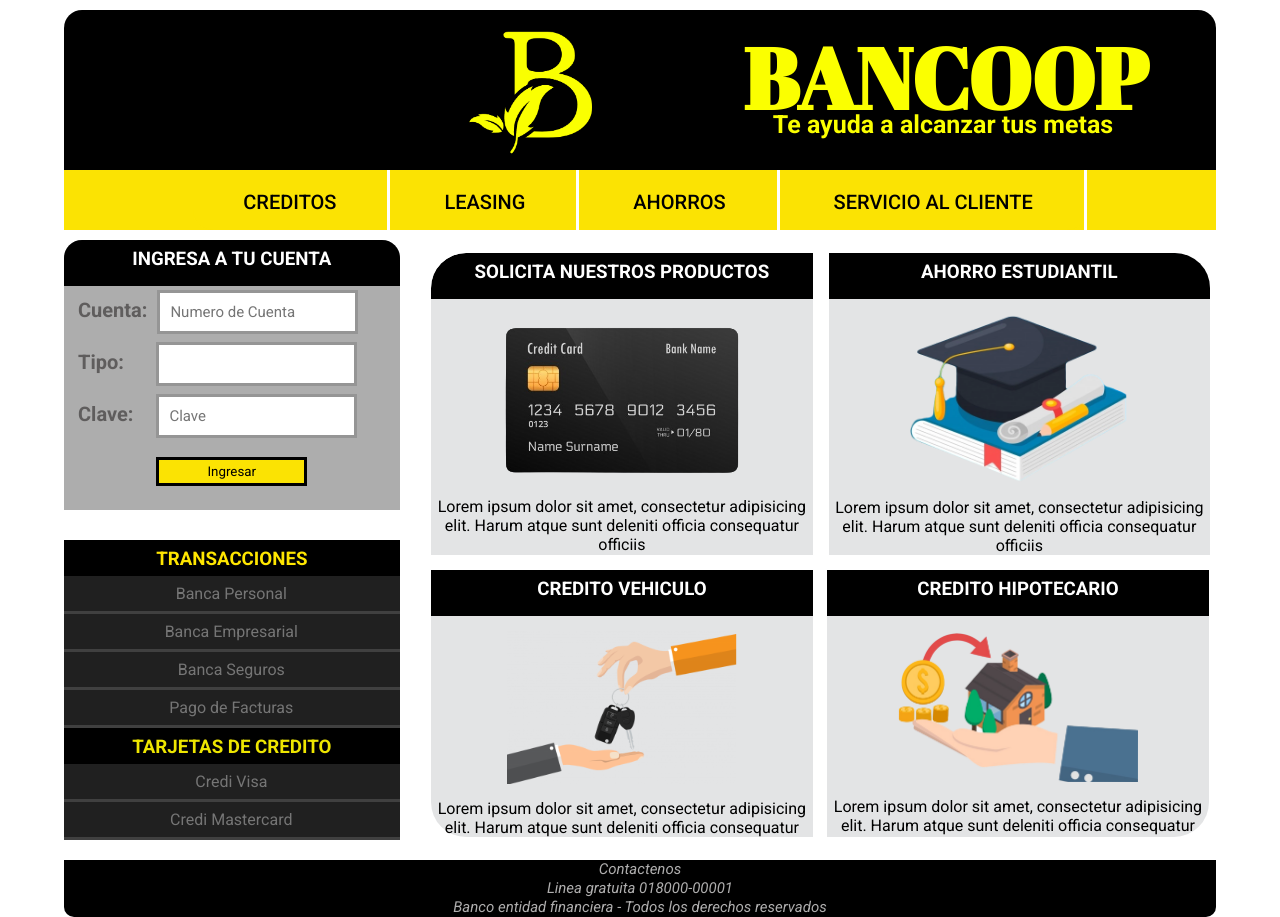
Repository: NickArregoces/BANCOOP
Page: Index.html
An editor plug-in stored every save of this project. The page is shown before and after the next save, followed by the edit.
The browser window is 1280 px wide. The pictures show the whole page.

Above is the page before, as saved 2021-10-15 10:56:42.

### Index.html
<!DOCTYPE html>
<html lang="en">
<head>
    <meta charset="UTF-8">
    <meta http-equiv="X-UA-Compatible" content="IE=edge">
    <meta name="viewport" content="width=device-width, initial-scale=1.0">
    <title>BANCOOP Home</title>
    <bgsound src="musica.mid"></bgsound>
    <link rel="stylesheet" href="/CSS/Style.css">
    <link href="https://fonts.googleapis.com/css2?family=Roboto:ital,wght@0,100;0,300;0,400;0,500;0,700;0,900;1,100;1,300;1,400;1,500;1,700;1,900&display=swap" rel="stylesheet">
    <link rel="preconnect" href="https://fonts.googleapis.com">
    <link rel="preconnect" href="https://fonts.gstatic.com" crossorigin>
    <link href="https://fonts.googleapis.com/css2?family=Abril+Fatface&display=swap" rel="stylesheet">

</head>
<body>
    <header>
            <div class="image">
                <img src="/Images/logo1.png" alt="logo">
            </div>
            <div class="title" >
                <h1>BANCOOP</h1>
                <h3>Te ayuda a alcanzar tus metas</h3>
            </div>

    </header>

    <nav class="barra"></nav>

            <div class="navegador">
                <ul class="menu">
                    <li><a href="/Creditos.html">Creditos</a></li>
                    <li><a href="/Leasing.html">leasing</a></li>
                    <li><a href="/Ahorros.html">Ahorros</a></li>
                    <li><a href="/Servicio.html">Servicio al cliente</a></li>
                </ul>
            </div>


            <div class="section">
                <form action="" class="login">
                    <h3 style="color: rgb(255, 255, 255);">INGRESA A TU CUENTA</h3>
                        <div class="cuenta">
                            <h4>Cuenta:<input type="number" placeholder="Numero de Cuenta" required></h4>
                        </div>

                        <div class="tipo">
                            <h4>Tipo:<input type="text" required></h4>
                        </div>

                        <div class="clave">
                            <h4>Clave:<input type="password" placeholder="Clave" required></h4>
                        </div>

                    <div class="center">
                        <button class="sumbit"> Ingresar </button>
                    </div>

                </form>

                <article class="opciones">
                    <h3 style="color: rgb(255, 230, 0);">TRANSACCIONES</h3>
                    <li><a href="#">Banca Personal</a></li>
                    <li><a href="#">Banca Empresarial</a></li>
                    <li><a href="#">Banca Seguros</a></li>
                    <li><a href="#">Pago de Facturas</a></li>

                    <h3 style="color: rgb(238, 230, 0);">TARJETAS DE CREDITO</h3>
                    <li><a href="#">Credi Visa</a></li>
                    <li><a href="#">Credi Mastercard</a></li>
                </article>
            </div>

                <aside>
                    <div class="solicita">
                        <h3 style="color: rgb(255, 255, 255);">SOLICITA NUESTROS PRODUCTOS</h3>

                        <div id="Prueba">
                        <img id="Prubea" src="/Images/credit.png" alt="">
                        </div>

                        <p>Lorem ipsum dolor sit amet, consectetur adipisicing elit.
                            Harum atque sunt deleniti officia consequatur officiis</p>
                    </div>

                    <div class="ahorro">
                        <h3 style="color: rgb(255, 255, 255);">AHORRO ESTUDIANTIL</h3>

                        <div id="Prueba">
                        <img id="Prubea" src="/Images/Captura de pantalla 2021-10-04 181948.png" alt="">
                        </div>

                        <p>Lorem ipsum dolor sit amet, consectetur adipisicing elit.
                            Harum atque sunt deleniti officia consequatur officiis</p>
                    </div>

                    <div class="credito">
                        <h3 style="color: rgb(255, 255, 255);">CREDITO VEHICULO</h3>

                        <div id="Prueba">
                        <img id="Prubea" src="/Images/Captura de pantalla 2021-10-04 192824.png" alt="">
                        </div>

                        <p>Lorem ipsum dolor sit amet, consectetur adipisicing elit.
                            Harum atque sunt deleniti officia consequatur</p>
                    </div>
                    <div class="hipotecario">
                        <h3 style="color: rgb(255, 255, 255);">CREDITO HIPOTECARIO</h3>

                        <div id="Prueba">
                        <img id="Prubea" src="/Images/Wallpaper(80).jpg" alt="">
                        </div>

                        <p>Lorem ipsum dolor sit amet, consectetur adipisicing elit.
                            Harum atque sunt deleniti officia consequatur </p>
                    </div>
                </aside>

            <footer>
                    <p>Contactenos</p>
                    <p>Linea gratuita 018000-00001</p>
                    <p>Banco entidad financiera
                    - Todos los derechos reservados</p>
            </footer>

        </div>

</body>
</html>

### CSS/Style.css

*{
    margin: 0 auto;
    padding: 0;
    list-style:none;
    font-family: 'Roboto', sans-serif;
}
body{
    font-family: Arial, Helvetica, sans-serif;
    background: rgb(255, 255, 255);
    width: 90%;
    color: rgb(0, 0, 0);
}
header{
    display: flex;
    justify-content: space-around;
    padding: 10px 0px;
    margin-top: 10px;
    background:rgb(0, 0, 0);
    border-top-left-radius:  18px;
    border-top-right-radius:  18px;
    height: 120px;
}
    /*Logo*/
    .image img{
        float: left;
        width: 130px;
        cursor: pointer;
        margin-left: 330px;
        margin-top: 5px;
    }
    header .title h1{
        width: 400px;
        height: 90px;
        margin-left: auto;
        font-family: 'Abril Fatface', cursive;
        font-size: 85px;
        text-align: center;
        color: rgb(251, 255, 0);
    }

    header .title h3{
        width: 400px;
        margin-left: auto;
        font-size: 25px;
        text-align: center;
        color: rgb(251, 255, 0);
    }

nav.barra{
    background: rgb(0, 0, 0);
    height: 20px;
}
div.navegador{
    background: rgb(251, 227, 3);
    justify-content: space-around;
    align-items: center;
    display:flex
}
    ul.menu{
        border-bottom-left-radius: 20px 20px;
        border-bottom-right-radius: 20px 20px;
        background: rgb(251, 227, 3);
        height: 60px;
        list-style: none;
        padding: 0;
        max-width: 10000px;
    }
    .menu a{
        height: 20px;
        font-size: 20px;
        font-weight: 500;
        margin-right: 1px;
        text-transform: uppercase;
        text-decoration: none;
        color:black;
        padding: 20px;
        display: inline-block;
        transition: all 0.3s;
    }
    .menu li {
        border-right: solid white;
        display: inline-block;
        padding: 0px 30px;
        list-style: none;

        }
    .menu a:hover{
        background: #8d8405b6;
        color: white;
        border-radius: 10px;
        padding: 10px 18px;
        }

.section{
    width: 30%;
    float: left;
    display: flex;
    flex-flow: row wrap;
}
    /*Formulario Login*/
    form{
        background: rgb(173, 173, 173);
        border-top-left-radius: 18px;
        border-top-right-radius: 18px;
        margin-top: 10px;
        margin-right:10px;
        margin-bottom: 10px;
        width: 100%;
        height: 270px;
    }
        form h3{
            text-align: center;
            background: black;
            height: 30px;
            padding: 8px;
            border-top-left-radius: 18px;
            border-top-right-radius: 18px;
        }
        form h4{
            font-size: 20px;
            padding: 4px;
            margin-left: 10px;
            color: rgb(95, 93, 93);

        }
        form input{
            font-size: 15px;
            width: 55%;
            padding: 10px;
            display: inline;
            border: solid rgb(149, 149, 149);
            margin-left: 10px;
        }
        div.clave input {
            margin-left: 23px;
        }
        div.tipo input {
            margin-left: 32px;
        }
        div.center{
            margin-top: 10px;
            margin: auto;
            text-align: center;
            width: 50%;
            cursor: pointer;
        }
        button{
            margin-top: 15px;
            width: 90%;
            padding: 4px;
            background: rgb(251, 227, 3);
            border: solid black;
            cursor: pointer;
        }
        button:hover{
            background: #000000;
            color: rgb(251, 227, 3);
            border-radius: 8px;
        }
    /*Menu lateral*/
    article {
        width: 100%;
        height: 300px;
        background: rgb(32, 32, 32);
        margin-top: 20px;
        margin-right:10px;
        margin-bottom: 10px;
    }
        article h3{
            text-align: center;
            padding: 8px;
            height: 20px;
            background: black;
        }
        .opciones li a{
            font-size: 16px;
            margin-right: 1px;
            text-align: center;
            text-decoration: none;
            color:rgb(117, 117, 117);
            padding: 8px;
            display: inline-block;
        }
        .opciones li {
            border-bottom: solid rgba(68, 68, 68, 0.897);
            text-align: center;
            display:inline-flexbox;
            }
        .opciones li a:hover{
            background: #242323b6;
            color: rgb(251, 227, 3);
            padding: 10px;
            }

    /*Servicios*/
aside{
    width: 69%;
    height: 610px;
    margin-top: 10px;
    float: right;
    margin-bottom: 10px;
    display: flex;
    flex-flow: row wrap;
    align-content: center;
}
    div.solicita{
        width: 48%;
        float: left;
        border-top-left-radius: 35px;
        margin-left: 10px;
        background: #e3e4e5;
        text-align:center;
        overflow:hidden;
    }
    /*Centrado Imagenes aside*/
    #Prueba{
        display: flex;
        align-items: center;
        justify-content: center;
    }
        div.solicita img {
            width: 250px;
            margin-top: 15px;
            margin-bottom: 15px;
            cursor:pointer;
        }
        /*Efecto Imagenes aside*/
        aside img:hover{
            -webkit-transform:scale(1.1);
            transform:scale(1.1);
        }
        div.solicita h3{
            text-align: center;
            background: black;
            height: 30px;
            padding: 8px;
            border-top-left-radius: 35px;
        }
        div.solicita p{
            display: inline-block;
            text-align: center;
        }

    div.ahorro {
        width: 48%;
        float: right;
        border-top-right-radius: 35px;
        margin-left: 10px;
        background: #e3e4e5;
    }
        div.ahorro img {
            width: 220px;
            margin-top: 15px;
            margin-bottom: 15px;
            cursor:pointer;
        }
        div.ahorro h3{
            text-align: center;
            background: black;
            height: 30px;
            padding: 8px;
            border-top-right-radius: 35px;
        }
        div.ahorro p{
            display: inline-block;
            text-align: center;
        }

    div.credito {
        width: 48%;
        float: left;
        margin-top: 15px;
        border-bottom-left-radius: 35px;
        margin-left: 10px;
        background: #e3e4e5;
    }
        div.credito img {
            width: 230px;
            margin-top: 15px;
            margin-bottom: 15px;
            cursor:pointer;
        }
        div.credito h3{
            text-align: center;
            background: black;
            height: 30px;
            padding: 8px;
        }
        div.credito p{
            display: inline-block;
            text-align: center;
        }

    div.hipotecario {
        width: 48%;
        float: right;
        border-top-right-radius: 35px;
        border-bottom-right-radius: 35px;
        margin-top: 15px;
        background: #e3e4e5;
        }
            div.hipotecario img {
                width: 240px;
                margin-top: 15px;
                margin-bottom: 15px;
                cursor:pointer;
            }
            div.hipotecario h3{
                text-align: center;
                background: black;
                height: 30px;
                padding: 8px;
            }
            div.hipotecario p{
                display: inline-block;
                text-align: center;
            }

    /*Pie de Pagina*/
footer{
    background: black;
    clear: both;
    border-bottom-left-radius: 10px;
    border-bottom-right-radius: 10px;
}
    footer p{
        font-size: 15px;
        text-align: center;
        line-height: 15px;
        color: rgb(175, 174, 174);
        font-style:italic;
        padding: 2px;
    }

After the next save:
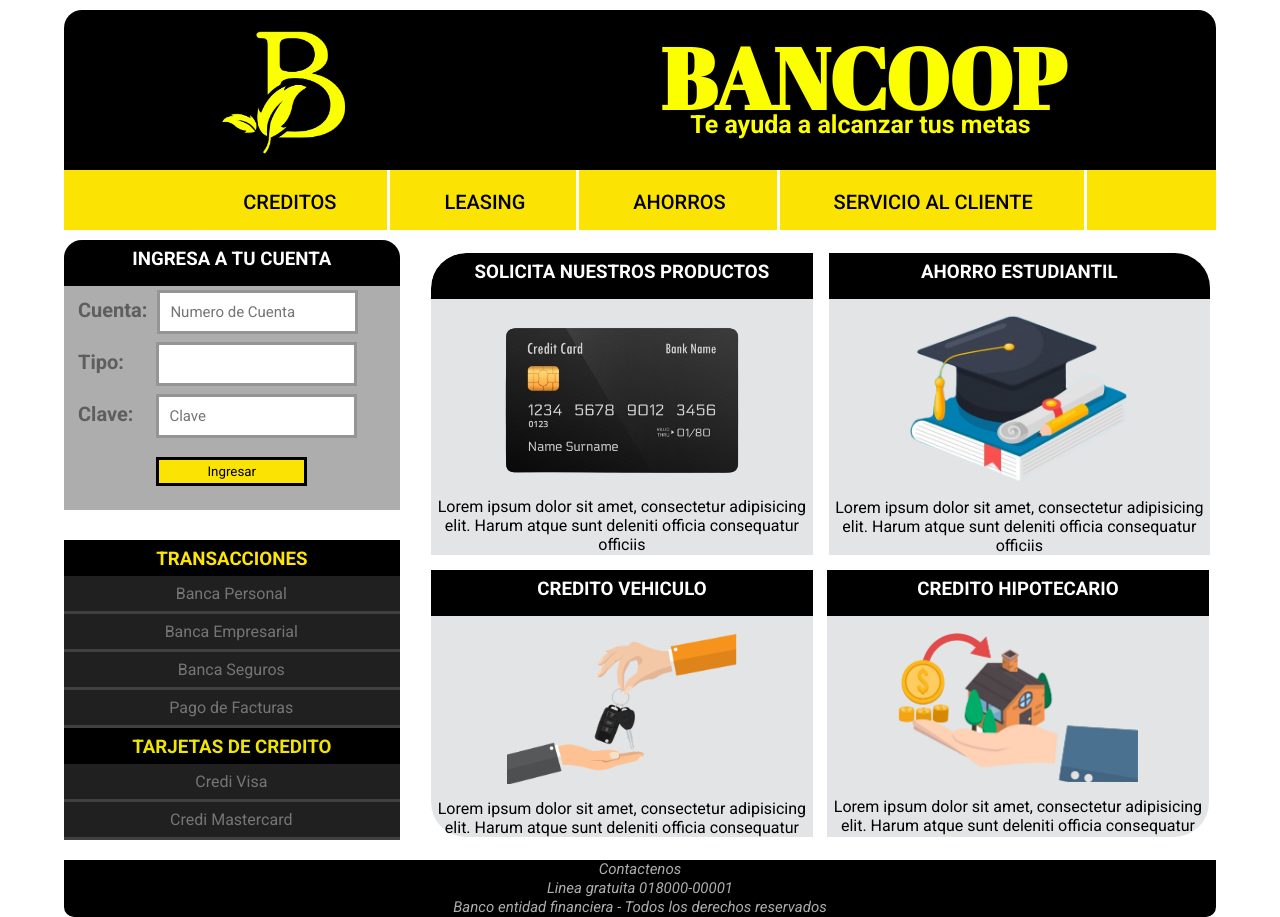
Saved 11 s later.
--- a/CSS/Style.css
+++ b/CSS/Style.css
@@ -26,7 +26,7 @@ header{
         float: left;
         width: 130px;
         cursor: pointer;
-        margin-left: 330px;
+        margin-left: auto;
         margin-top: 5px;
     }
     header .title h1{
